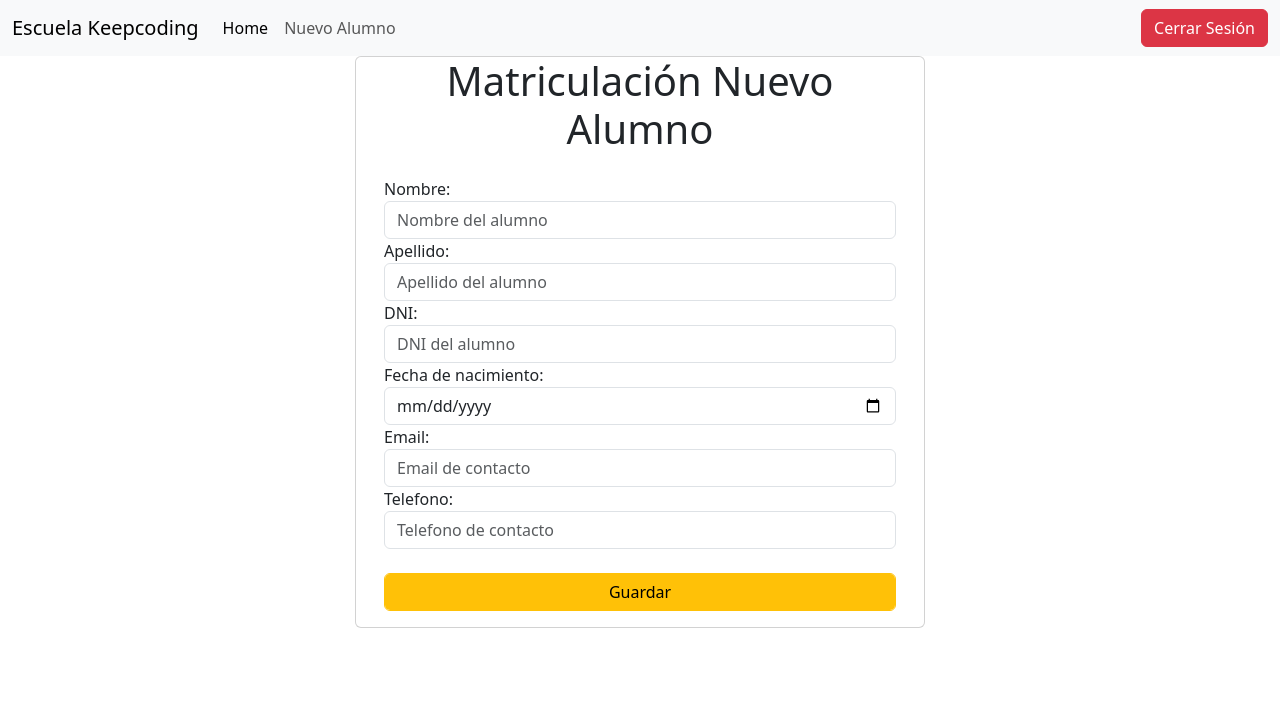
Repository: ChusmiPalos/EscuelaKeepcoding
Page: http://localhost/crear_alumno
An editor plug-in stored every save of this project. The page is shown before and after the next save, followed by the edit.
The browser window is 1280 px wide. The pictures show the whole page.
The page is this project's Thymeleaf template; nobody is signed in. The template is opened directly, without the code that normally fills it, so the values that code supplies are empty.

Above is the page before, as saved 2024-07-06 22:50:54.

After the next save:
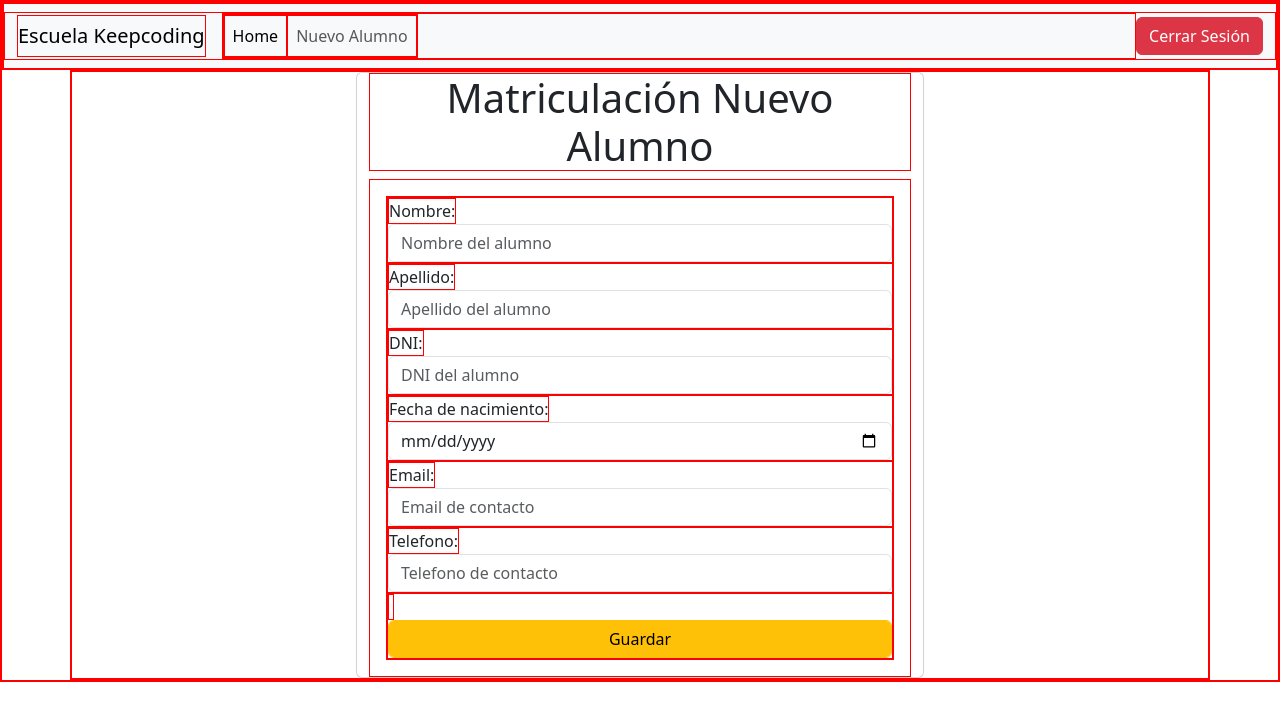
Saved 36 s later.
--- a/app-web-escuela/src/main/resources/templates/crear_alumno.html
+++ b/app-web-escuela/src/main/resources/templates/crear_alumno.html
@@ -1,14 +1,6 @@
 <!DOCTYPE html>
 <html xmlns:th="https://www.thymeleaf.org/">
-<head>
-<meta charset="UTF-8">
-<title>Escuela Keepcoding</title>
-<link
-	href="https://cdn.jsdelivr.net/npm/bootstrap@5.3.3/dist/css/bootstrap.min.css"
-	rel="stylesheet"
-	integrity="sha384-QWTKZyjpPEjISv5WaRU9OFeRpok6YctnYmDr5pNlyT2bRjXh0JMhjY6hW+ALEwIH"
-	crossorigin="anonymous">
-</head>
+<head th:include="fragments/cabecera :: cabecera"></head>
 <body>
 
 	<div th:include="fragments/menu_navegacion :: menu"></div>
